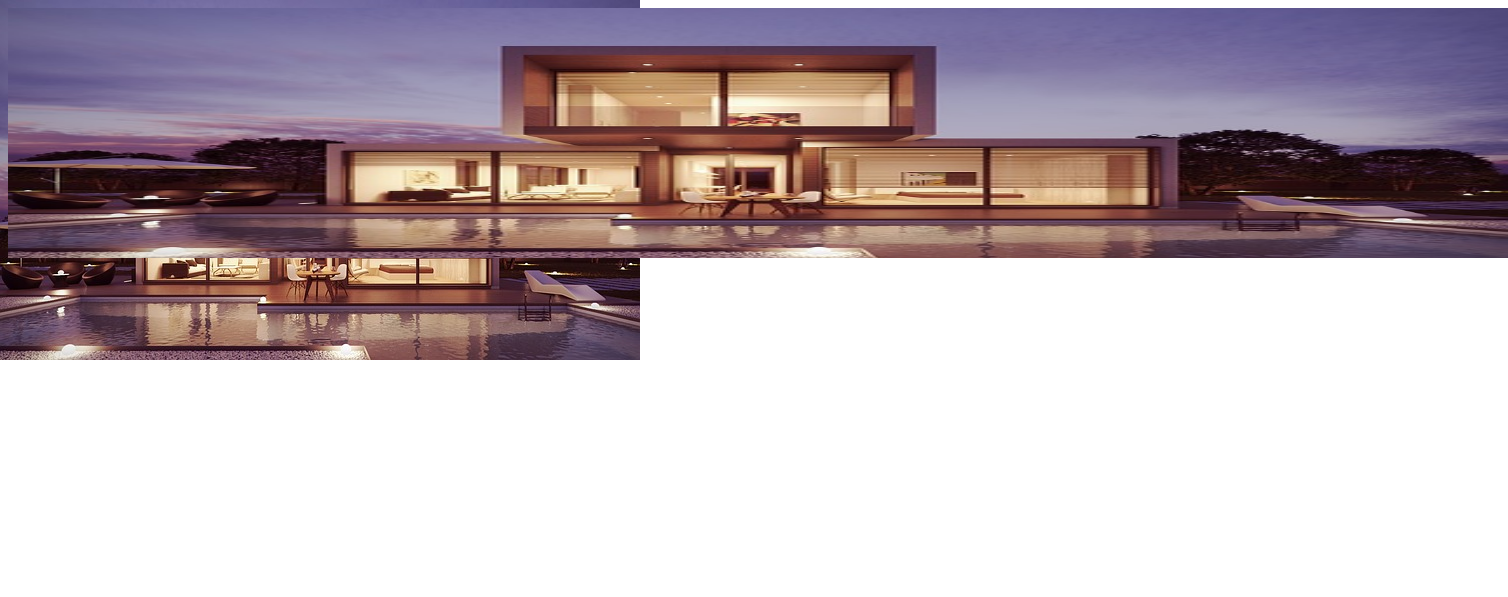
Repository: khadri2021/A2023_Task_Property_Management
Page: AdderssMakersWeb/WebContent/bottom.html
The author's editor kept a copy of each file at every save. The page is drawn from the files as they stood at one save, then again after the next save.
The browser window is 1280 px wide. The page is 1508 px wide, so the pictures cover 1508 px, including what lies to the right of the window. The pictures show the whole page.

Above is the page before, as saved 2024-02-11 11:22:56.

### AdderssMakersWeb/WebContent/bottom.html
<!DOCTYPE html>
<html>
<head>
<meta charset="ISO-8859-1">
<title>HomePage</title>
<style>

body {
 background-image: url(home.jpg);
 background-repeat: no-repeat;
 background-attachment: fixed;
 background-size: 100;



}







</style>
</head>
<body>
<tr>
<td><a href="Add.jsp"> <img src="./images/home.jpg" alt=" "
		style="width: 1500px; height: 250px;">
	</a>
	</td>
</tr>

</body>
</html>

After the next save:
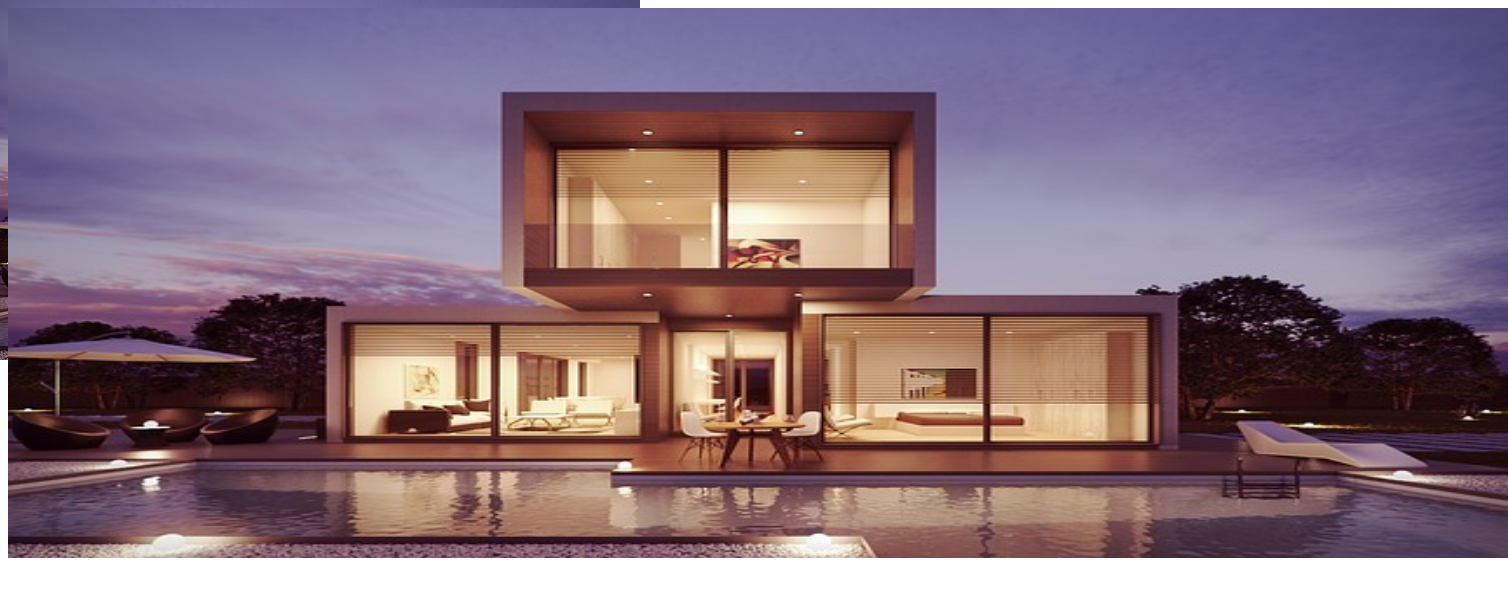
Saved 14 s later.
--- a/AdderssMakersWeb/WebContent/bottom.html
+++ b/AdderssMakersWeb/WebContent/bottom.html
@@ -26,7 +26,7 @@ body {
 <body>
 <tr>
 <td><a href="Add.jsp"> <img src="./images/home.jpg" alt=" "
-		style="width: 1500px; height: 250px;">
+		style="width: 1500px; height: 550px;">
 	</a>
 	</td>
 </tr>
